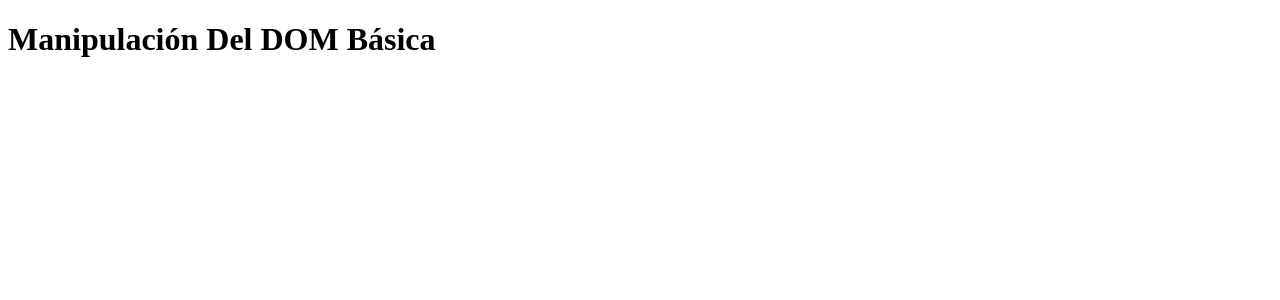
Repository: elto82/NuevoCursoPr-cticodeJavaScript
Page: index.html
An editor plug-in stored every save of this project. The page is shown before and after the next save, followed by the edit.
The browser window is 1280 px wide. The pictures show the whole page.

Above is the page before, as saved 2022-09-08 11:45:52.

### index.html
<!DOCTYPE html>
<html lang="en">
<head>
  <meta charset="UTF-8">
  <meta http-equiv="X-UA-Compatible" content="IE=edge">
  <meta name="viewport" content="width=device-width, initial-scale=1.0">
  <title>Manipulación Del DOM Básica</title>
</head>
<body>
  <h1>Manipulación Del DOM Básica</h1>

  <script src="./main.js"></script>
</body>
</html>

### main.js
console.log('Hi!')

After the next save:
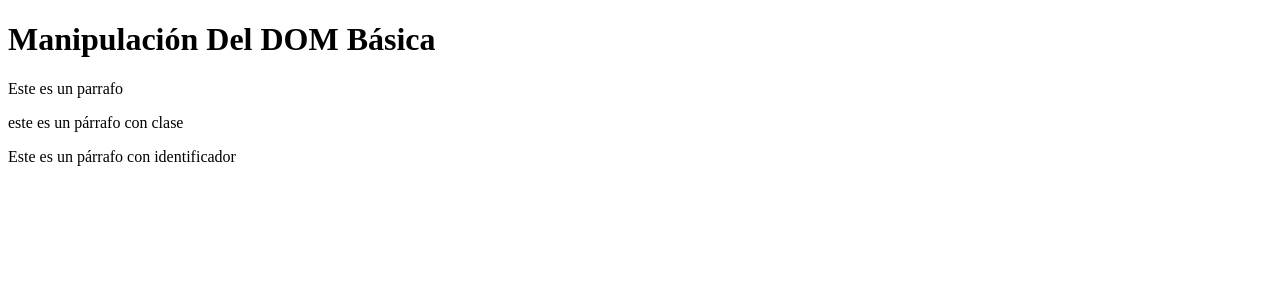
Saved 12 h 3 min later.
--- a/index.html
+++ b/index.html
@@ -9,6 +9,10 @@
 <body>
   <h1>Manipulación Del DOM Básica</h1>
 
+  <p>Este es un parrafo</p>
+  <p class="parrafo">este es un párrafo con clase</p>
+  <p id="pid">Este es un párrafo con identificador</p>
+
   <script src="./main.js"></script>
 </body>
 </html>
